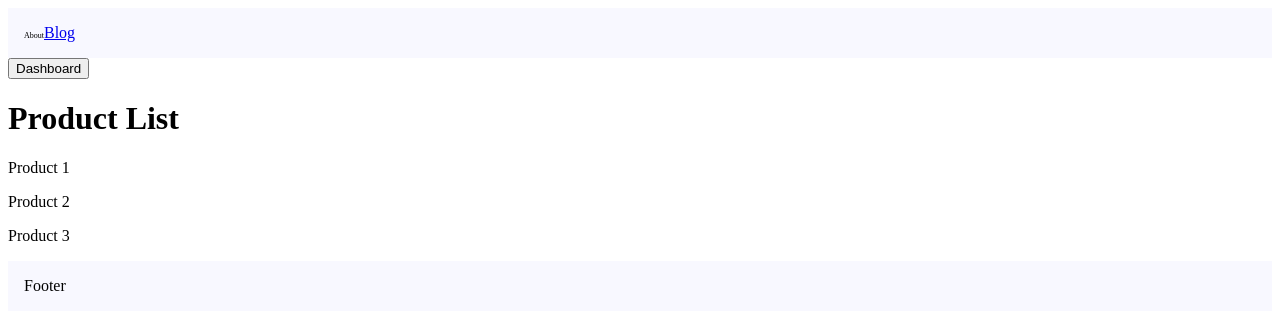
Repository: Mbote-Joseph/Nextjs-Learning
Page: /products
An editor plug-in stored every save of this project. The page is shown before and after the next save, followed by the edit.
The browser window is 1280 px wide. The pictures show the whole page.
The project was rebuilt for these pictures with package versions that can differ from the ones it lists, and the page was loaded fresh each time. The framework's server and built-in components were replaced by stand-ins that run in the browser. Also part of the build but not shown: next.config.mjs.

Above is the page before, as saved 2024-09-17 17:47:15.

### src/app/layout.tsx
import { Metadata } from "next"
import Header from "./header"
import Footer from "./footer"

export const metadata: Metadata = {
  title: {
    absolute: "",
    default: "Next.js Tutorial - CodeVolution",
    template: "%s | Learning Next",
  },
  description: 'Generated by Next.js',
}

export default function RootLayout({
  children,
}: {
  children: React.ReactNode
}) {
  return (
    <html lang="en">
      <body>

        <Header />

        {children}

        <Footer/>

        </body>
    </html>
  )
}

### src/app/products/page.tsx
'use client'
import { useRouter } from "next/navigation"

export default function ProductList(){
    const router = useRouter();

    return (
        <>
        <button type='button' onClick={()=>router.push('/dashboard')}>Dashboard</button>
        <h1>Product List</h1>
        <p>Product 1</p>
        <p>Product 2</p>
        <p>Product 3</p>
        </>
    )
}

### src/app/header.tsx
import Link from 'next/link'
export default function Header() {
    return (
        <header className="header" style={{
            backgroundColor: "ghostwhite",
            padding: "1rem",
        }}>
            <Link style={{
                color: "black",
                textDecoration: "none",
                fontSize: "0.5rem",

            }} href="/about">About</Link>
            <Link href="/blog">Blog</Link>

        </header>
    )
}

### src/app/footer.tsx
export default function Footer(){
    return (
        <footer style={{
            backgroundColor: "ghostwhite",
            padding: "1rem",
          }}>
            Footer
          </footer>

    )
}

After the next save:
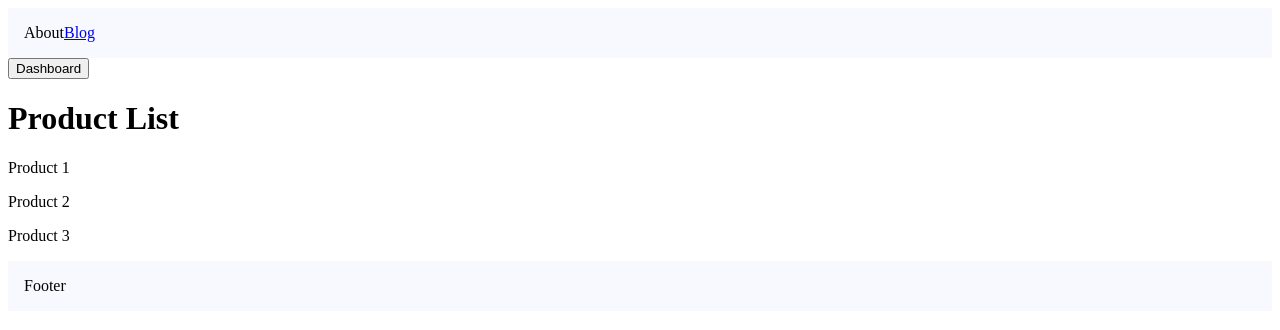
Saved 11 s later.
--- a/src/app/header.tsx
+++ b/src/app/header.tsx
@@ -8,7 +8,7 @@ export default function Header() {
             <Link style={{
                 color: "black",
                 textDecoration: "none",
-                fontSize: "0.5rem",
+                fontSize: "1rem",
 
             }} href="/about">About</Link>
             <Link href="/blog">Blog</Link>
